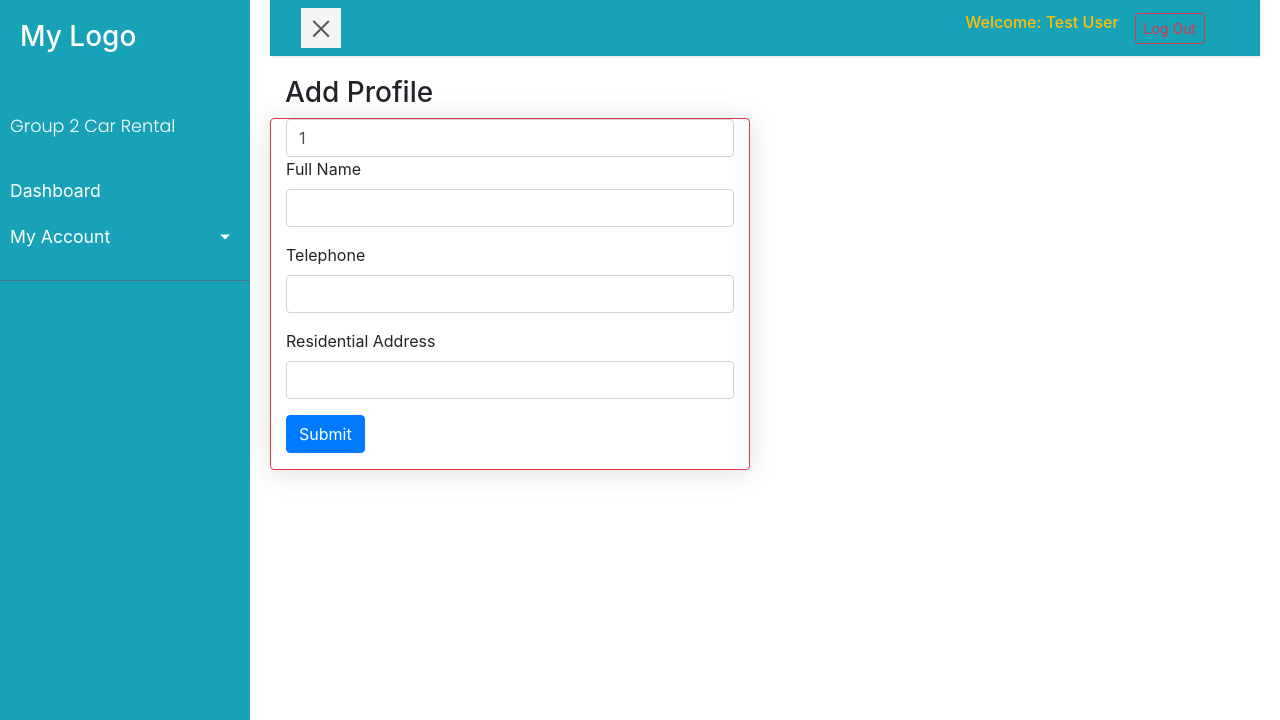
Repository: Cwills21/Aiti-dbc26.1-group-2
Page: http://localhost/customers/add
An editor plug-in stored every save of this project. The page is shown before and after the next save, followed by the edit.
The browser window is 1280 px wide. The pictures show the whole page.
Some web libraries are served in a nearby version. The page is served by the project's Laravel application, run on PHP 8.4 with Laravel 8. A made-up administrator, Test User (test@example.com), is signed in.

Above is the page before, as saved 2022-03-24 21:59:47.

After the next save:
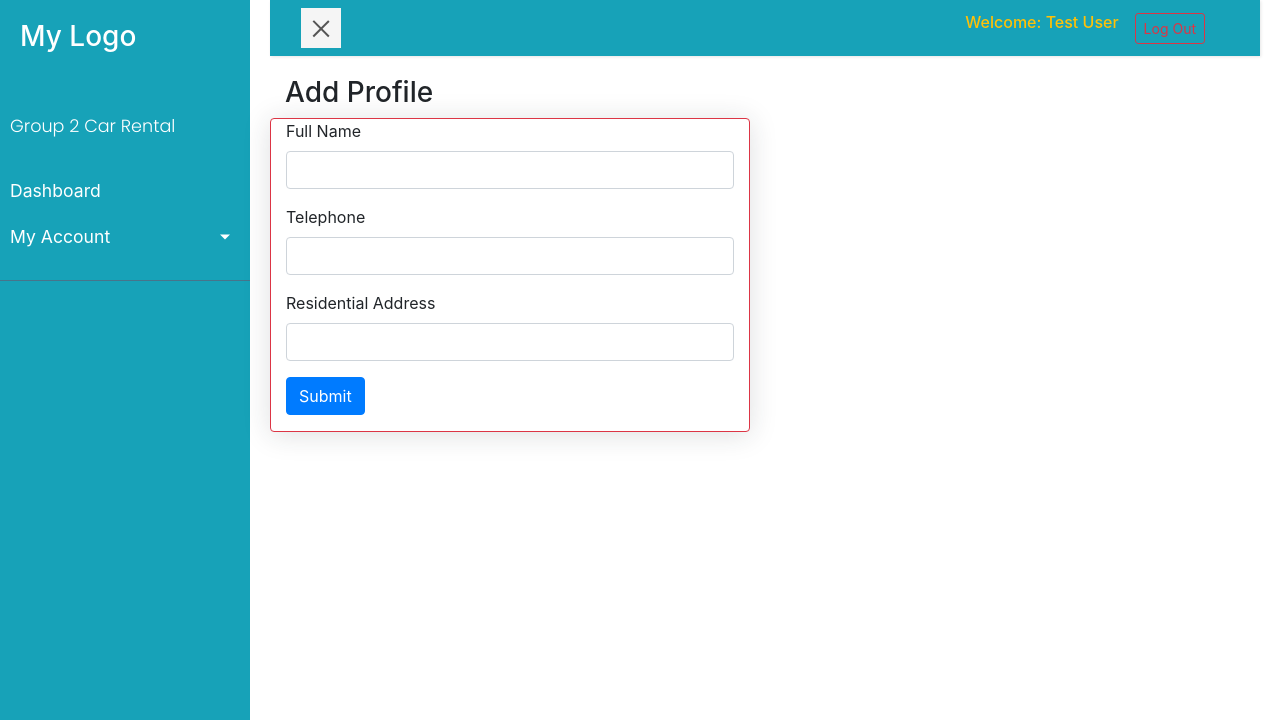
Saved 3 days later.
--- a/resources/views/customers/customer-form.blade.php
+++ b/resources/views/customers/customer-form.blade.php
@@ -19,7 +19,7 @@
 
   <!-- <div class="mb-3"> -->
       <!-- <label for="user_id" class="form-label">User Id</label> -->
-    <input type="text" required class="form-control" name="user_id" value="{{Auth::user()->id}}">
+    <input type="hidden" required class="form-control" name="user_id" value="{{Auth::user()->id}}">
   <!-- </div> -->
   <div class="mb-3">
       <label for="name" class="form-label">Full Name</label>
